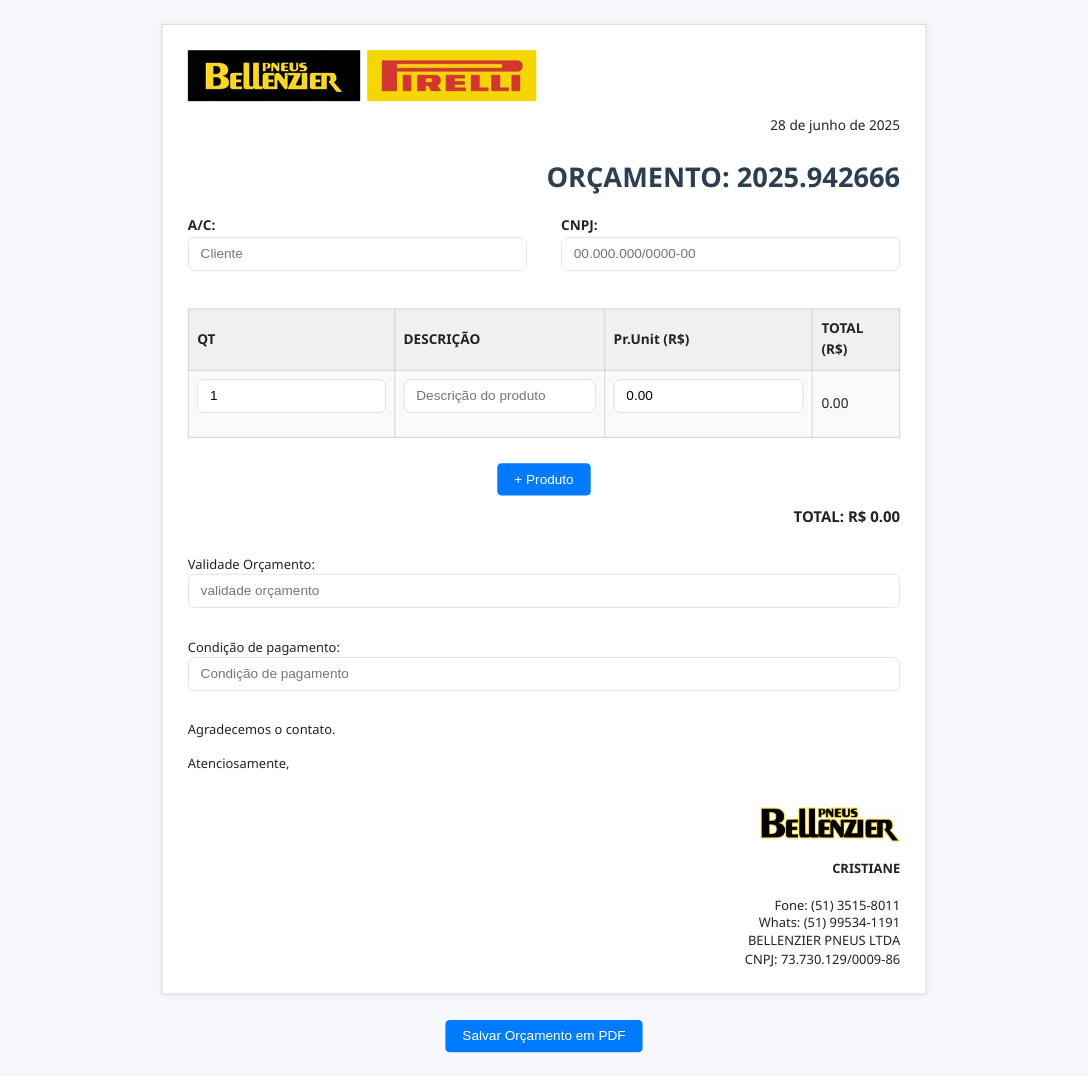
Repository: Cristiane-Sartori14/Orcamento
Page: index.html
The author's editor kept a copy of each file at every save. The page is drawn from the files as they stood at one save, then again after the next save.
The browser window is 1280 px wide. The pictures show the whole page, at 85% of full size.

Above is the page before, as saved 2025-06-29 10:19:49.

After the next save:
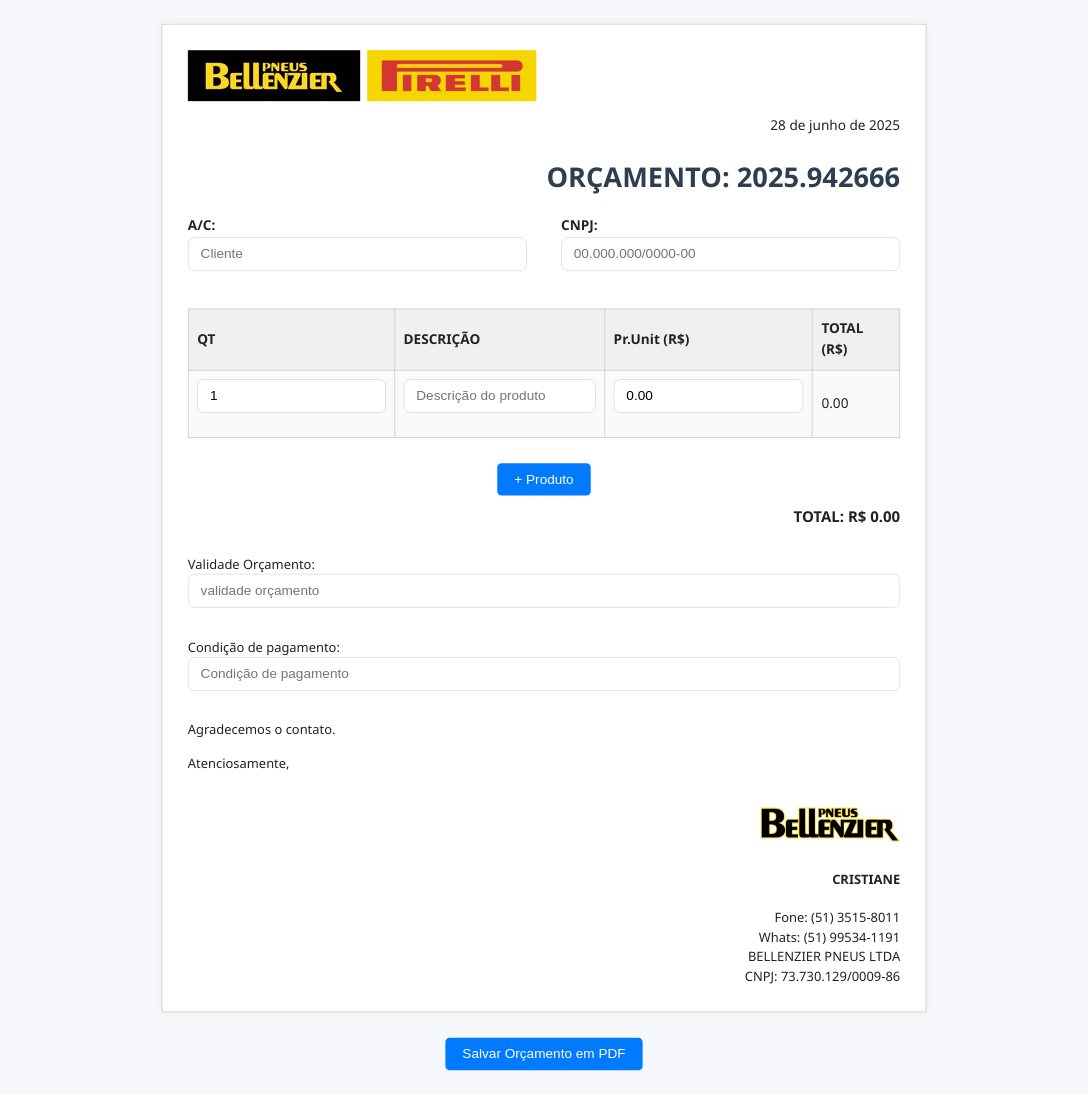
Saved 40 s later.
--- a/Styles.css
+++ b/Styles.css
@@ -135,11 +135,16 @@
 .rodape {
   display: flex;
   flex-direction: column;
-  align-items: flex-end;
+  align-items: flex-end;       /* Alinha todos os elementos à direita */
   text-align: right;
   margin-top: 40px;
   font-size: 0.95em;
-  line-height: 1.4;
+  line-height: 1.5;
+}
+
+.rodape img {
+  height: 60px;
+  margin-bottom: 10px;
 }
 
 .botao {
